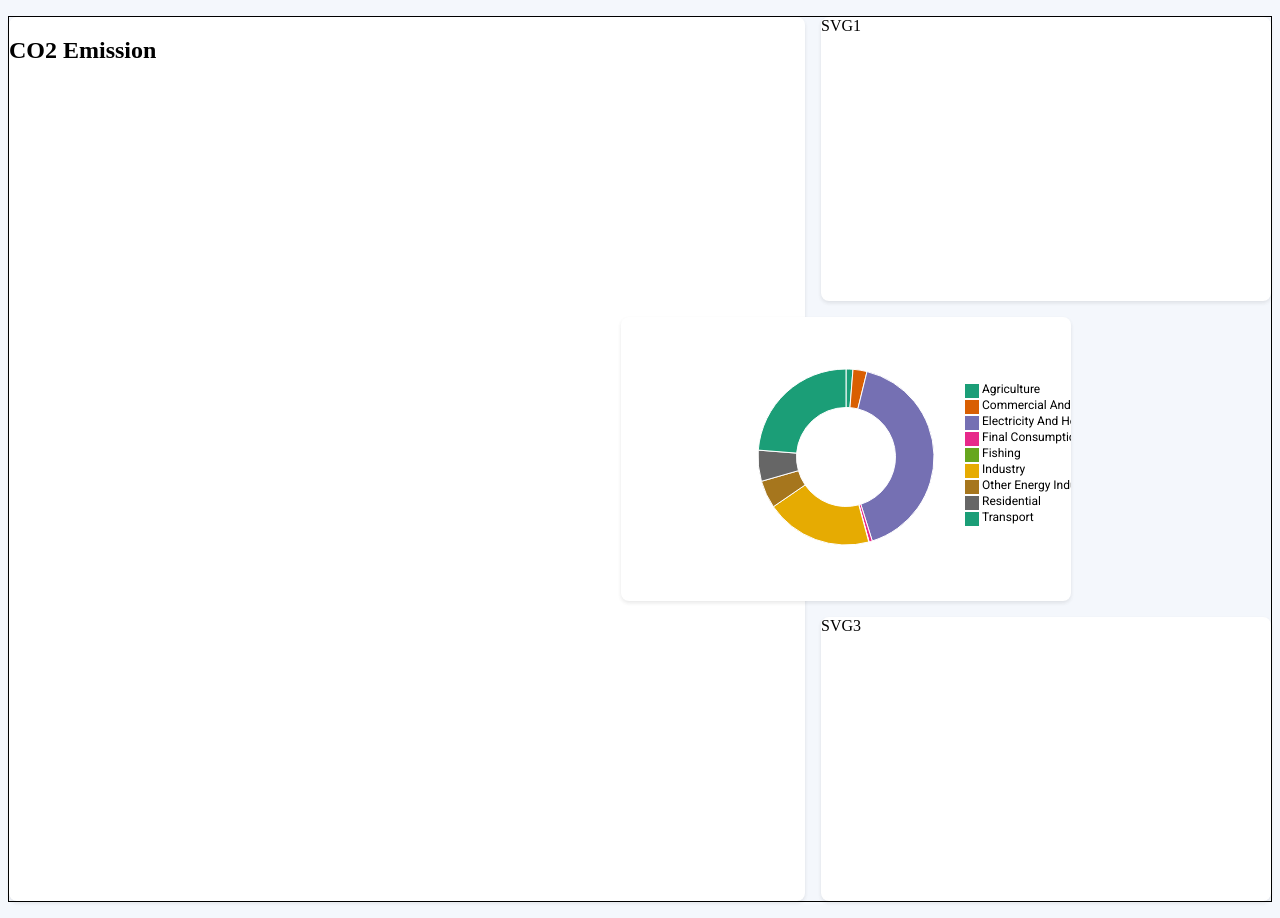
Repository: losmarco/CO2-Emission-Data-Dashboard
Page: index.html
These files come from the project's save history. The page is drawn as it stood at one moment and after the next save; the edit follows.
The browser window is 1280 px wide. The pictures show the whole page.
The style sheet was rebuilt from its Sass, Less or Tailwind sources for each picture, by a compiler version that may differ from the author's.

Above is the page before, as saved 2020-03-29 17:38:44.

### index.html
<!DOCTYPE html>
<html lang="en">
<head>
    <meta charset="UTF-8">
    <meta name="viewport" content="width=device-width, initial-scale=1.0">
    <meta http-equiv="X-UA-Compatible" content="ie=edge">
    <title>CO2 Emission Data Chart</title>

    <link rel="stylesheet" href="style.css">
    <script src="https://d3js.org/d3.v5.min.js"></script>
</head>
<body>
    <div class="container">
        <div class="card main_graph">
            <h2>CO2 Emission</h2>
        </div>


        <div class="card graph1">SVG1</div>
        <div class="card graph2">
            <div id="donut"></div>
        </div>
        <div class="card graph3">SVG3</div>
    </div>
</body>
    <script src="javascript/master.js"></script>
    <script src="javascript/chart.js"></script>
</html>

### javascript/master.js
//Parsing CSV file

### javascript/chart.js
//This document is for d3 related script ( ͡° ͜ʖ ͡°)

//Donut Chart
// set the dimensions and margins of the graph
var width = 450
    height = 280
    margin = 30
// The radius of the pieplot is half the width or half the height (smallest one). I subtract a bit of margin.
var radius = Math.min(width, height) / 2 - margin

//append the svg object to the div called 'donut'
var svg = d3.select("#donut")
            .append("svg")
            .attr("width", width)
            .attr("height", height)
            .append("g")
            .attr("transform", "translate(" + width / 2 + "," + height / 2 + ")");




//Color
var color = d3.scaleOrdinal()
.domain(["Agriculture",
        "Commercial And Public Services",
        "Electricity And Heat Producers",
        "Final Consumption Not Else where Specified",
        "Fishing",
        "Industry",
        "Other Energy Industries",
        "Residential",
        "Transport"])
.range(d3.schemeDark2);

d3.csv("data/world-sector.csv")
  .then(function(csvdata){

    var latestData = csvdata[csvdata.length - 1];

    var agri = parseInt(latestData.agriculture),
        cap = parseInt(latestData.commercialAndPublicServices),
        eahp = parseInt(latestData.electricityAndHeatProducers),
        fcnes = parseInt(latestData.finalConsumptionNotElsewhereSpecified),
        fishing = parseInt(latestData.fishing),
        industry = parseInt(latestData.industry),
        oei = parseInt(latestData.otherEnergyIndustries),
        residential = parseInt(latestData.residential),
        transport = parseInt(latestData.transport);

  const total = (agri + cap + eahp + fcnes + fishing + industry + oei + residential + transport);

  const percent = 100;

  var agri = ((agri/total) * percent).toFixed(2),
      cap = ((cap/total) * percent).toFixed(2),
      eahp = ((eahp/total) * percent).toFixed(2),
      fcnes = ((fcnes/total) * percent).toFixed(2),
      fishing = ((fishing/total) * percent).toFixed(2),
      industry = ((industry/total) * percent).toFixed(2),
      oei = ((oei/total) * percent).toFixed(2),
      residential = ((residential/total) * percent).toFixed(2),
      transport = ((transport/total) * percent).toFixed(2);


  //Final Data
  var data = {"Agriculture": agri,
              "Commercial And Public Services": cap,
              "Electricity And Heat Producers": eahp,
              "Final Consumption Not Else where Specified":fcnes ,
              "Fishing": fishing,
              "Industry":industry,
              "Other Energy Industries": oei,
              "Residential":residential,
              "Transport":transport
            }

  // Compute the position of each group on the pie:
  var pie = d3.pie()
    .sort(null) // Do not sort group by size
    .value(function(d) {return d.value; })
  var data_ready = pie(d3.entries(data))

  // The arc generator + hole size
  var arc = d3.arc()
    .innerRadius(radius * 0.45)
    .outerRadius(radius * 0.8)

  // Build the pie chart: Basically, each part of the pie is a path that we build using the arc function.
  svg.selectAll('allSlices')
      .data(data_ready)
      .enter()
      .append('path')
      .attr('d', arc)
      .attr('fill', function(d){ return(color(d.data.key)) })
      .attr("stroke", "white")
      .attr("transform", "translateX(" + 20 + ")")
      .style("stroke-width", "1px")
      .style("opacity", 1)


})//closing tag for d3.csv

//Legend
var legendRectSize = 12;
var legendSpacing = 4;

var legend = svg.selectAll('.legend')
                .data(color.domain())
                .enter()
                .append('g')
                .attr('class', 'legend')
                .attr('transform', function(d, i) {
                  var height = legendRectSize + legendSpacing;
                  var offset =  height * color.domain().length / 2;
                  var horz = 10 * legendRectSize;
                  var vert = i * height - offset;
                  return 'translate(' + horz + ',' + vert + ')';
});


legend.append('rect')
  .attr('width', legendRectSize)
  .attr('height', legendRectSize)
  .style('fill', color)
  .style('stroke', color);

legend.append('text')
  .attr('x', legendRectSize + legendSpacing )
  .attr('y', legendRectSize - legendSpacing)
  .text(function(d) { return d; });


//End of Donut Chart


  // Add the polylines between chart and labels:
  // svg
  //   .selectAll('allPolylines')
  //   .data(data_ready)
  //   .enter()
  //   .append('polyline')
  //     .attr("stroke", "black")
  //     .style("fill", "none")
  //     .attr("stroke-width", 1)
  //     .attr('points', function(d) {
  //       var posA = arc.centroid(d) // line insertion in the slice
  //       var posB = outerArc.centroid(d) // line break: we use the other arc generator that has been built only for that
  //       var posC = outerArc.centroid(d); // Label position = almost the same as posB
  //       var midangle = d.startAngle + (d.endAngle - d.startAngle) / 2 // we need the angle to see if the X position will be at the extreme right or extreme left
  //       posC[0] = radius * 0.95 * (midangle < Math.PI ? 1 : -1); // multiply by 1 or -1 to put it on the right or on the left
  //       return [posA, posB, posC]
  //     })

  // Add the polylines between chart and labels:
  // svg
  //   .selectAll('allLabels')
  //   .data(data_ready)
  //   .enter()
  //   .append('text')
  //     .text( function(d) { console.log(d.data.key) ; return d.data.key } )
  //     .attr('transform', function(d) {
  //         var pos = outerArc.centroid(d);
  //         var midangle = d.startAngle + (d.endAngle - d.startAngle) / 2
  //         pos[0] = radius * 0.99 * (midangle < Math.PI ? 1 : -1);
  //         return 'translate(' + pos + ')';
  //     })
  //     .style('text-anchor', function(d) {
  //         var midangle = d.startAngle + (d.endAngle - d.startAngle) / 2
  //         return (midangle < Math.PI ? 'start' : 'end')
  //     })

### style.scss
//Google Font
@import url('https://fonts.googleapis.com/css2?family=Roboto:ital,wght@0,100;0,300;0,400;0,500;0,700;0,900;1,100;1,300;1,400;1,500;1,700;1,900&display=swap');

// Font
@mixin header{
    font-family: 'Roboto', sans-serif;
    font-weight: 700;
}
@mixin text{
    font-family: 'Roboto', sans-serif;
    font-weight: 500;
    font-size: 12px;
}

// Color
$backgroun-white:#f4f7fc;
$white: #ffffff;
$grey: #828f95;
$black: #252831;
$purple: #7b43a1;
$orange: #ff9824;
$pink: #f2317a;
$primary-green:#58cf6c;
$secondary-green: #43a19e;

//Card
@mixin card-background{
    background-color: $white;
    border-radius: 8px;
    box-shadow: 0 2px 4px rgba(0,0,0,0.04), 0 2px 4px rgba(0,0,0,0.06);
}

body{
    background: $backgroun-white;
}

.container{
    display:grid;
    grid-template-rows: repeat(3, 1fr);
    grid-template-columns:repeat(4, 1fr);
    grid-gap: 1em;
    border: 1px solid black;
    margin: 1em auto;
}

.main_graph{
    grid-row:1/4;
    grid-column: 1/4;
}

.graph1{
    grid-row:1/2;
    grid-column: 4/5;
}

.graph2{
    grid-row:2/3;
    grid-column: 4/5;
    width: 450px;
    transform: translateX(-200px);

    .legend {
        font-family: 'Roboto', sans-serif;
        font-size: 12px;
        font-weight:400;
    }
    rect {
        stroke-width: 2;
    }


}

.graph3{
    grid-row:3/4;
    grid-column: 4/5;
}

.card{
    @include card-background;
}
svg{
    margin: 0 auto;

}

After the next save:
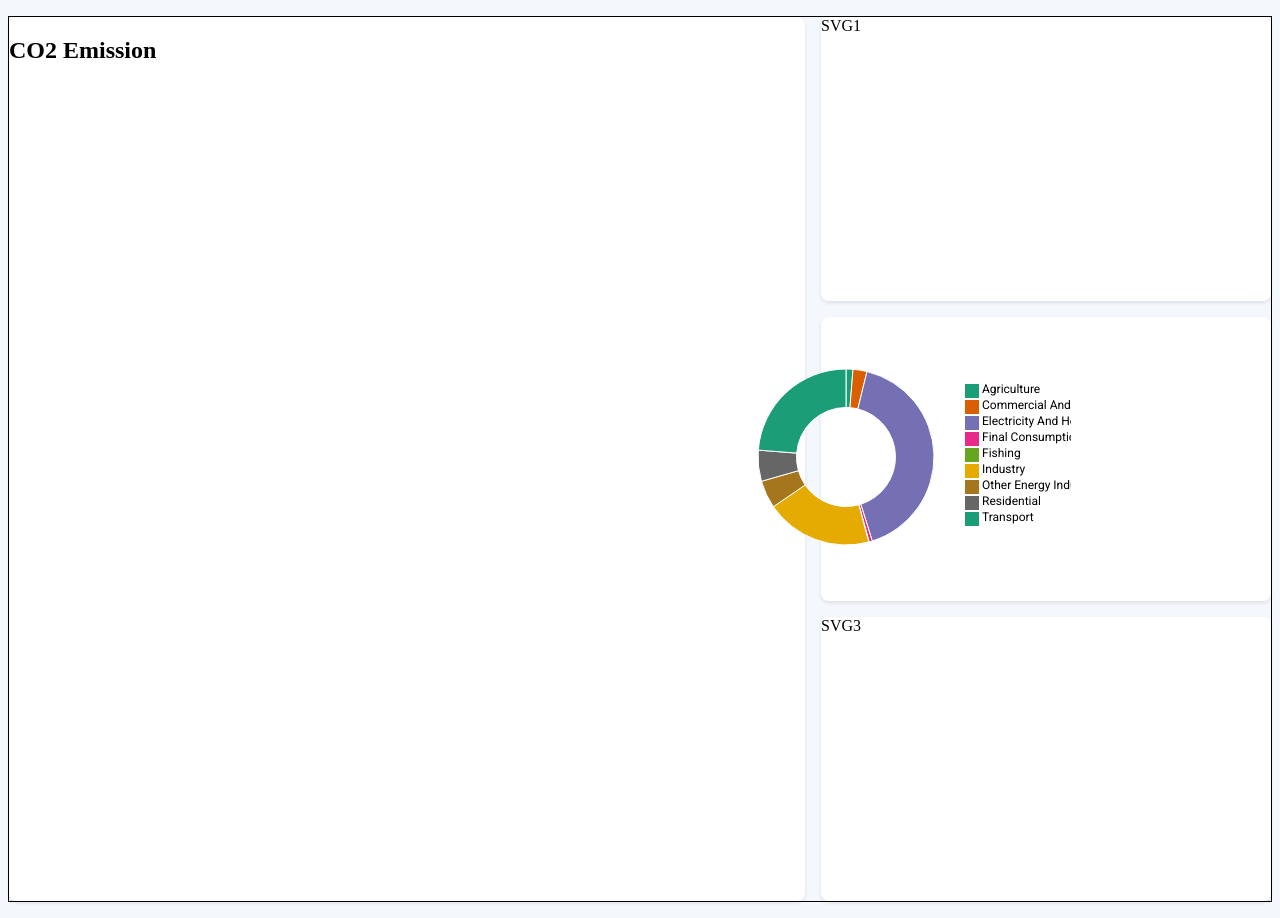
Saved 17 s later.
--- a/style.scss
+++ b/style.scss
@@ -57,8 +57,9 @@ body{
     grid-row:2/3;
     grid-column: 4/5;
     width: 450px;
+    svg{
     transform: translateX(-200px);
-
+    }
     .legend {
         font-family: 'Roboto', sans-serif;
         font-size: 12px;
